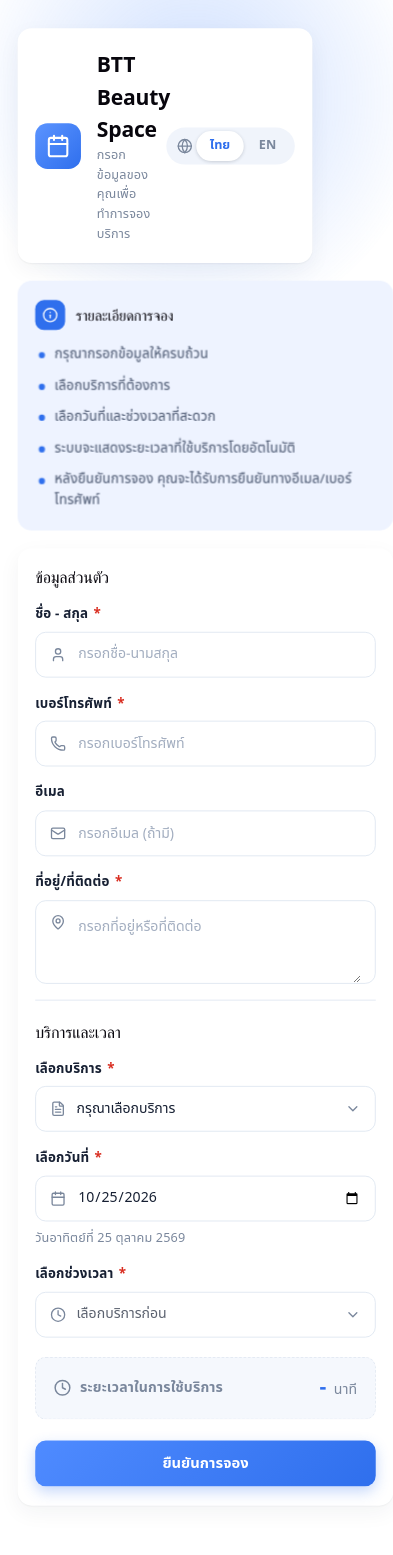
Repository: TeerasakJeefu/karu
Page: / (app in booking-web/)
The author's editor kept a copy of each file at every save. The page is drawn from the files as they stood at one save, then again after the next save.
The browser window is 375 px wide. The page is 447 px wide, then 433 px, so the pictures cover 447 px, including what lies to the right of the window. The pictures show the whole page, at 88% of full size.
The project was rebuilt for these pictures with package versions that can differ from the ones it lists, and the page was loaded fresh each time.

Above is the page before, as saved 2026-10-25 20:26:18.

### booking-web/index.html
<!doctype html>
<html lang="en">
  <head>
    <meta charset="UTF-8" />
    <link rel="icon" type="image/svg+xml" href="/favicon.svg" />
    <meta name="viewport" content="width=device-width, initial-scale=1.0" />
    <title>booking-web</title>
  </head>
  <body>
    <div id="app"></div>
    <script type="module" src="/src/main.js"></script>
  </body>
</html>

### booking-web/src/App.vue
<script setup>
import { reactive, computed, ref, watch } from 'vue'
import {
  Calendar, Clock, FileText, User, Phone, Mail, MapPin,
  ChevronDown, Check, Info, Globe,
} from 'lucide-vue-next'

/* ---------- mock data (เปลี่ยนเป็นเรียก API ภายหลัง) ---------- */
const groups = [
  { id: 'hair', name: { th: 'บริการผม', en: 'Hair Service' } },
  { id: 'nail', name: { th: 'บริการเล็บ', en: 'Nail Service' } },
  { id: 'beauty', name: { th: 'บริการความงาม', en: 'Beauty Service' } },
]
// duration = ระยะเวลาใช้บริการ (นาที), slots = ชุดช่วงเวลา (ดู slotSets ด้านล่าง)
const services = [
  { id: 'shampoo-dry', group: 'hair', duration: 90, slots: 'standard', name: { th: 'สระผม + ไดร์', en: 'Shampoo & Blow Dry' } },
  { id: 'hair-treatment', group: 'hair', duration: 90, slots: 'standard', name: { th: 'สระผม + ทรีทเมนต์ + นวดศีรษะ + ไดร์', en: 'Shampoo & Hair Treatment' } },
  { id: 'scalp-scrub', group: 'hair', duration: 90, slots: 'standard', name: { th: 'สระผม + สครับหนังศีรษะ + นวดศีรษะ + ไดร์', en: 'Scalp Scrub & Massage' } },
  { id: 'gel-polish', group: 'nail', duration: 90, slots: 'standard', name: { th: 'ทาสีเจล', en: 'Gel Polish' } },
  { id: 'nail-spa', group: 'nail', duration: 90, slots: 'standard', name: { th: 'สครับ + มาสก์ + นวด + ขัดเงา', en: 'Nail Spa & Shine' } },
  { id: 'pca', group: 'beauty', duration: 60, slots: 'pca', name: { th: 'วิเคราะห์สีส่วนบุคคล', en: 'Personal Color Analysis' } },
]

/* ---------- ภาษา / i18n (เพิ่มภาษาใหม่ได้โดยเพิ่ม key ใน messages) ---------- */
const messages = {
  th: {
    title: 'BTT Beauty Space', subtitle: 'กรอกข้อมูลของคุณเพื่อทำการจองบริการ',
    personal: 'ข้อมูลส่วนตัว', name: 'ชื่อ - สกุล', namePh: 'กรอกชื่อ-นามสกุล',
    phone: 'เบอร์โทรศัพท์', phonePh: 'กรอกเบอร์โทรศัพท์', email: 'อีเมล', emailPh: 'กรอกอีเมล (ถ้ามี)',
    address: 'ที่อยู่/ที่ติดต่อ', addressPh: 'กรอกที่อยู่หรือที่ติดต่อ', booking: 'บริการและเวลา',
    service: 'เลือกบริการ', servicePh: 'กรุณาเลือกบริการ', date: 'เลือกวันที่',
    slot: 'เลือกช่วงเวลา', slotPh: 'กรุณาเลือกช่วงเวลา', slotFirst: 'เลือกบริการก่อน',
    duration: 'ระยะเวลาในการใช้บริการ', min: 'นาที', submit: 'ยืนยันการจอง', saving: 'กำลังบันทึก...',
    doneTitle: 'จองบริการเรียบร้อยแล้ว', again: 'จองรายการใหม่', infoTitle: 'รายละเอียดการจอง',
    timeText: (a, b) => `เวลา ${a} - ${b} น.`,
    info: ['กรุณากรอกข้อมูลให้ครบถ้วน', 'เลือกบริการที่ต้องการ', 'เลือกวันที่และช่วงเวลาที่สะดวก',
      'ระบบจะแสดงระยะเวลาที่ใช้บริการโดยอัตโนมัติ', 'หลังยืนยันการจอง คุณจะได้รับการยืนยันทางอีเมล/เบอร์โทรศัพท์'],
    errName: 'กรุณากรอกชื่อ-สกุล', errPhone: 'กรุณากรอกเบอร์โทรศัพท์ให้ถูกต้อง', errEmail: 'รูปแบบอีเมลไม่ถูกต้อง',
    errAddress: 'กรุณากรอกที่อยู่หรือที่ติดต่อ', errService: 'กรุณาเลือกบริการ', errDate: 'กรุณาเลือกวันที่', errSlot: 'กรุณาเลือกช่วงเวลา',
  },
  en: {
    title: 'BTT Beauty Space', subtitle: 'Fill in your details to book a service',
    personal: 'Your details', name: 'Full name', namePh: 'Enter your full name',
    phone: 'Phone number', phonePh: 'Enter your phone number', email: 'Email', emailPh: 'Enter your email (optional)',
    address: 'Address / contact', addressPh: 'Enter your address or contact details', booking: 'Service and time',
    service: 'Service', servicePh: 'Select a service', date: 'Date',
    slot: 'Time', slotPh: 'Select a time', slotFirst: 'Select a service first',
    duration: 'Service duration', min: 'min', submit: 'Confirm booking', saving: 'Saving...',
    doneTitle: 'Booking confirmed', again: 'Book another', infoTitle: 'Booking info',
    timeText: (a, b) => `${a} - ${b}`,
    info: ['Fill in all required fields', 'Choose the service you want', 'Pick a date and a time that suits you',
      'The service duration is shown automatically', "After you confirm, you'll receive confirmation by email or phone"],
    errName: 'Please enter your full name', errPhone: 'Please enter a valid phone number', errEmail: 'Email format is not valid',
    errAddress: 'Please enter your address or contact details', errService: 'Please select a service', errDate: 'Please select a date', errSlot: 'Please select a time',
  },
}
const savedLang = (() => { try { return localStorage.getItem('lang') } catch { return null } })()
const lang = ref(savedLang in messages ? savedLang : 'th')
const t = (k) => messages[lang.value][k]
const locale = computed(() => (lang.value === 'th' ? 'th-TH' : 'en-GB'))
watch(lang, (l) => {
  document.documentElement.lang = l
  try { localStorage.setItem('lang', l) } catch { /* ignore */ }
}, { immediate: true })

// TODO: แทนที่ด้วย GET /api/slots?date=YYYY-MM-DD&service=... (ดึงเฉพาะช่วงที่ว่างจริง)
const slotSets = {
  standard: [['13:00', '14:30'], ['14:30', '16:00'], ['16:00', '17:30'], ['17:30', '19:00']], // Hair & Nail
  pca: [['13:00', '14:00'], ['14:00', '15:00'], ['15:00', '16:00'], ['17:00', '18:00'], ['18:00', '19:00']], // Personal Color Analysis
}
const fetchSlots = (iso, serviceId) => {
  const svc = services.find((x) => x.id === serviceId)
  return svc ? slotSets[svc.slots].map(([start, end]) => ({ id: start, start, end })) : []
}

/* ---------- helpers ---------- */
const pad = (n) => String(n).padStart(2, '0')
const toISO = (d) => `${d.getFullYear()}-${pad(d.getMonth() + 1)}-${pad(d.getDate())}`
const fromISO = (s) => { const [y, m, d] = s.split('-').map(Number); return new Date(y, m - 1, d) }
const todayISO = toISO(new Date())

/* ---------- state ---------- */
const form = reactive({ name: '', phone: '', email: '', address: '', serviceId: '', date: todayISO, slotId: '' })
const errors = reactive({})
const submitting = ref(false)
const done = ref(false)
const shaking = ref(false)

const slots = computed(() => fetchSlots(form.date, form.serviceId))
const selectedSlot = computed(() => slots.value.find((s) => s.id === form.slotId))
const duration = computed(() => services.find((x) => x.id === form.serviceId)?.duration ?? null)
const dateText = computed(() =>
  form.date
    ? fromISO(form.date).toLocaleDateString(locale.value, { weekday: 'long', day: 'numeric', month: 'long', year: 'numeric' })
    : ''
)
watch(() => [form.date, form.serviceId], () => { form.slotId = '' })

/* ---------- submit ---------- */
function validate() {
  Object.keys(errors).forEach((k) => delete errors[k])
  if (!form.name.trim()) errors.name = 'errName'
  if (!/^0\d{8,9}$/.test(form.phone.replace(/[-\s]/g, ''))) errors.phone = 'errPhone'
  if (form.email && !/^\S+@\S+\.\S+$/.test(form.email)) errors.email = 'errEmail'
  if (!form.address.trim()) errors.address = 'errAddress'
  if (!form.serviceId) errors.serviceId = 'errService'
  if (!form.date) errors.date = 'errDate'
  if (!form.slotId) errors.slotId = 'errSlot'
  return Object.keys(errors).length === 0
}
async function submit() {
  if (!validate()) {
    shaking.value = true
    setTimeout(() => (shaking.value = false), 450)
    return
  }
  submitting.value = true
  try {
    // TODO: await fetch('/api/bookings', { method: 'POST', headers: { 'Content-Type': 'application/json' }, body: JSON.stringify({ ...form, durationMin: duration.value }) })
    await new Promise((r) => setTimeout(r, 600))
    done.value = true
  } finally { submitting.value = false }
}
function reset() {
  Object.assign(form, { name: '', phone: '', email: '', address: '', serviceId: '', date: todayISO, slotId: '' })
  done.value = false
}
</script>

<template>
  <div class="page">
    <header class="card header">
      <span class="logo"><Calendar :size="28" /></span>
      <div class="grow">
        <h1>{{ t('title') }}</h1>
        <p class="muted">{{ t('subtitle') }}</p>
      </div>
      <div class="lang" role="group" aria-label="Language">
        <Globe :size="18" />
        <span class="seg">
          <span class="thumb" :class="{ en: lang === 'en' }" />
          <button type="button" :class="{ on: lang === 'th' }" :aria-pressed="lang === 'th'" @click="lang = 'th'">ไทย</button>
          <button type="button" :class="{ on: lang === 'en' }" :aria-pressed="lang === 'en'" @click="lang = 'en'">EN</button>
        </span>
      </div>
    </header>

    <main class="layout">
      <section class="card">
        <Transition name="swap" mode="out-in">
        <div v-if="done" class="success" role="status">
          <span class="tick"><Check :size="34" /></span>
          <h2>{{ t('doneTitle') }}</h2>
          <p class="muted">
            {{ services.find((s) => s.id === form.serviceId)?.name[lang] }}<br />
            {{ dateText }} · {{ t('timeText')(selectedSlot?.start, selectedSlot?.end) }}
          </p>
          <button class="btn inline" type="button" @click="reset">{{ t('again') }}</button>
        </div>

        <form v-else novalidate :class="{ shaking }" @submit.prevent="submit">
          <h2 class="section-title">{{ t('personal') }}</h2>
          <div class="row2">
            <label class="field">
              <span class="label">{{ t('name') }} <b>*</b></span>
              <span class="input" :class="{ bad: errors.name }">
                <User :size="18" /><input v-model="form.name" :placeholder="t('namePh')" autocomplete="name" />
              </span>
              <small v-if="errors.name" class="err">{{ t(errors.name) }}</small>
            </label>
            <label class="field">
              <span class="label">{{ t('phone') }} <b>*</b></span>
              <span class="input" :class="{ bad: errors.phone }">
                <Phone :size="18" /><input v-model="form.phone" inputmode="tel" :placeholder="t('phonePh')" autocomplete="tel" />
              </span>
              <small v-if="errors.phone" class="err">{{ t(errors.phone) }}</small>
            </label>
          </div>

          <label class="field">
            <span class="label">{{ t('email') }}</span>
            <span class="input" :class="{ bad: errors.email }">
              <Mail :size="18" /><input v-model="form.email" type="email" :placeholder="t('emailPh')" autocomplete="email" />
            </span>
            <small v-if="errors.email" class="err">{{ t(errors.email) }}</small>
          </label>

          <label class="field">
            <span class="label">{{ t('address') }} <b>*</b></span>
            <span class="input area" :class="{ bad: errors.address }">
              <MapPin :size="18" /><textarea v-model="form.address" rows="3" :placeholder="t('addressPh')" />
            </span>
            <small v-if="errors.address" class="err">{{ t(errors.address) }}</small>
          </label>

          <h2 class="section-title gap">{{ t('booking') }}</h2>
          <label class="field">
            <span class="label">{{ t('service') }} <b>*</b></span>
            <span class="input select" :class="{ bad: errors.serviceId }">
              <FileText :size="18" />
              <select v-model="form.serviceId">
                <option value="" disabled>{{ t('servicePh') }}</option>
                <optgroup v-for="g in groups" :key="g.id" :label="g.name[lang]">
                  <option v-for="s in services.filter((x) => x.group === g.id)" :key="s.id" :value="s.id">{{ s.name[lang] }}</option>
                </optgroup>
              </select>
              <ChevronDown :size="18" />
            </span>
            <small v-if="errors.serviceId" class="err">{{ t(errors.serviceId) }}</small>
          </label>

          <div class="row2">
            <label class="field">
              <span class="label">{{ t('date') }} <b>*</b></span>
              <span class="input" :class="{ bad: errors.date }">
                <Calendar :size="18" /><input v-model="form.date" type="date" :min="todayISO" :lang="lang" />
              </span>
              <small v-if="errors.date" class="err">{{ t(errors.date) }}</small>
              <small v-else class="hint">{{ dateText }}</small>
            </label>
            <label class="field">
              <span class="label">{{ t('slot') }} <b>*</b></span>
              <span class="input select" :class="{ bad: errors.slotId }">
                <Clock :size="18" />
                <select v-model="form.slotId" :disabled="!form.serviceId">
                  <option value="" disabled>{{ form.serviceId ? t('slotPh') : t('slotFirst') }}</option>
                  <option v-for="s in slots" :key="s.id" :value="s.id">{{ s.start }} - {{ s.end }}</option>
                </select>
                <ChevronDown :size="18" />
              </span>
              <small v-if="errors.slotId" class="err">{{ t(errors.slotId) }}</small>
            </label>
          </div>

          <div class="duration" :class="{ on: duration }" aria-live="polite">
            <span class="d-label"><Clock :size="20" /> {{ t('duration') }}</span>
            <span class="d-value"><strong :key="duration">{{ duration ?? '-' }}</strong> {{ t('min') }}</span>
          </div>

          <button class="btn" type="submit" :disabled="submitting">
            <span v-if="submitting" class="spin" aria-hidden="true" />
            {{ submitting ? t('saving') : t('submit') }}
          </button>
        </form>
        </Transition>
      </section>

      <aside class="card info">
        <h2 class="side-title"><span class="tile"><Info :size="18" /></span> {{ t('infoTitle') }}</h2>
        <ul>
          <li v-for="(line, i) in t('info')" :key="line" :style="{ '--i': i }">{{ line }}</li>
        </ul>
      </aside>
    </main>
  </div>
</template>

<style>
/* รีเซ็ตสไตล์เริ่มต้นของ Vite ที่ทำให้ข้อความอยู่กลางจอ */
html {
  overscroll-behavior: none;
  background-color: #f5f8fd;
  background-image: radial-gradient(900px 400px at 85% -10%, #dfe9ff 0%, transparent 70%);
  background-repeat: no-repeat;
  background-attachment: fixed;
}
body { margin: 0; padding: 0; display: block; min-width: 320px; }
#app { width: 100%; max-width: none; margin: 0; padding: 0; border: 0; text-align: left; display: block; min-height: 0; }
</style>

<style scoped>
.page {
  --blue: #2f6fed; --blue-dark: #1f56c4; --blue-soft: #eef3ff; --ink: #172033; --muted: #7a879c;
  --line: #dfe6f1; --danger: #d92d20;
  min-height: 100vh; padding: 32px 20px 56px; color: var(--ink); text-align: left;
  font-family: 'Noto Sans Thai', 'Sarabun', system-ui, sans-serif; line-height: 1.55;
}
.header, .layout { max-width: 1080px; margin-inline: auto; }
.card { background: #fff; border-radius: 16px; padding: 28px 32px; box-shadow: 0 1px 2px rgba(23, 32, 51, .05), 0 8px 24px rgba(23, 32, 51, .05); }
.muted, .hint { margin: 0; color: var(--muted); font-size: .9rem; }

.header { display: flex; align-items: center; gap: 18px; margin-bottom: 20px; padding-block: 22px; }
.header h1 { margin: 0; font-size: 1.5rem; font-weight: 700; letter-spacing: -.01em; }
.grow { flex: 1; min-width: 0; }
.lang { display: flex; align-items: center; gap: 4px; padding: 4px 4px 4px 12px; border-radius: 999px; background: #f0f4fb; color: var(--muted); }
.lang button { min-height: 34px; padding: 0 14px; border: 0; border-radius: 999px; background: transparent; color: var(--muted); font: inherit; font-weight: 600; font-size: .9rem; cursor: pointer; }
.lang button.on { background: #fff; color: var(--blue); box-shadow: 0 1px 3px rgba(23, 32, 51, .15); }
.lang button:focus-visible { outline: 3px solid rgba(47, 111, 237, .45); }
.logo { display: grid; place-items: center; width: 52px; height: 52px; border-radius: 14px; color: #fff; background: linear-gradient(135deg, #5b94ff, var(--blue)); }

.layout { display: grid; grid-template-columns: minmax(0, 1fr) 320px; gap: 20px; align-items: start; }
.info { position: sticky; top: 24px; background: var(--blue-soft); box-shadow: none; }

.section-title { margin: 0 0 20px; font-size: 1.15rem; font-weight: 700; }
.section-title.gap { margin-top: 12px; padding-top: 24px; border-top: 1px solid var(--line); }
.row2 { display: grid; grid-template-columns: 1fr 1fr; gap: 0 20px; }
.field { display: grid; gap: 8px; margin-bottom: 18px; align-content: start; }
.label { font-weight: 600; font-size: .95rem; }
.label b { color: var(--danger); margin-left: 2px; }

.input {
  display: flex; align-items: center; gap: 12px; padding: 0 16px; min-height: 50px;
  border: 1px solid var(--line); border-radius: 12px; background: #fff; color: var(--muted);
  transition: border-color .15s, box-shadow .15s;
}
.input:hover { border-color: #c3cfe3; }
.input:focus-within { border-color: var(--blue); box-shadow: 0 0 0 4px rgba(47, 111, 237, .15); color: var(--blue); }
.input.bad { border-color: var(--danger); }
.input.area { align-items: flex-start; padding-top: 15px; }
.input input, .input select, .input textarea {
  flex: 1; min-width: 0; border: 0; outline: 0; background: transparent; font: inherit; color: var(--ink);
}
.input input[type='date'] { color-scheme: light; cursor: pointer; }
.input textarea { resize: vertical; min-height: 64px; }
.input select { appearance: none; cursor: pointer; min-height: 48px; text-overflow: ellipsis; }
.input select:disabled { cursor: not-allowed; }
.input input::placeholder, .input textarea::placeholder { color: #a3aec0; }
.err { color: var(--danger); font-size: .85rem; }

.duration {
  display: flex; justify-content: space-between; align-items: center; margin: 4px 0 24px;
  padding: 16px 20px; border-radius: 12px; background: #f5f8fd; border: 1px dashed var(--line); color: var(--muted);
}
.duration.on { background: var(--blue-soft); border: 1px solid #c9d9ff; color: var(--ink); }
.d-label { display: flex; align-items: center; gap: 10px; font-weight: 600; }
.d-value strong { font-size: 1.5rem; color: var(--blue); margin-right: 4px; }

.btn {
  width: 100%; min-height: 52px; border: 0; border-radius: 12px; cursor: pointer; color: #fff;
  font-family: inherit; font-size: 1.05rem; font-weight: 600; background: var(--blue);
  box-shadow: 0 6px 16px rgba(47, 111, 237, .28); transition: background .15s, transform .1s;
}
.btn:hover:not(:disabled) { background: var(--blue-dark); }
.btn:active:not(:disabled) { transform: translateY(1px); }
.btn:disabled { opacity: .65; cursor: wait; }
.btn.inline { width: auto; padding: 0 32px; margin-top: 12px; }
.btn:focus-visible { outline: 3px solid rgba(47, 111, 237, .45); outline-offset: 3px; }

.side-title { display: flex; align-items: center; gap: 12px; margin: 0 0 16px; font-size: 1.05rem; font-weight: 700; }
.tile { display: grid; place-items: center; width: 34px; height: 34px; border-radius: 10px; background: var(--blue); color: #fff; }
.info ul { margin: 0; padding: 0; list-style: none; display: grid; gap: 12px; color: #43506a; font-size: .95rem; }
.info li { position: relative; padding-left: 22px; }
.info li::before { content: ''; position: absolute; left: 4px; top: .6em; width: 7px; height: 7px; border-radius: 50%; background: var(--blue); }

.success { display: grid; justify-items: center; gap: 10px; padding: 56px 0; text-align: center; }
.success h2 { margin: 8px 0 0; }
.tick { display: grid; place-items: center; width: 68px; height: 68px; border-radius: 50%; background: var(--blue-soft); color: var(--blue); }

/* ---------- effects ---------- */
@keyframes rise { from { opacity: 0; transform: translateY(18px); } to { opacity: 1; transform: none; } }
@keyframes drift { from { transform: translate(0, 0) scale(1); } to { transform: translate(-70px, 60px) scale(1.18); } }
@keyframes shake { 20%, 60% { transform: translateX(-5px); } 40%, 80% { transform: translateX(5px); } }
@keyframes errIn { from { opacity: 0; transform: translateY(-4px); } to { opacity: 1; transform: none; } }
@keyframes pop { 0% { transform: scale(.4); opacity: 0; } 60% { transform: scale(1.12); } 100% { transform: scale(1); opacity: 1; } }
@keyframes ring { from { transform: scale(1); opacity: .6; } to { transform: scale(1.9); opacity: 0; } }
@keyframes spin { to { transform: rotate(360deg); } }

.page { position: relative; isolation: isolate; }
.page::before {
  content: ''; position: fixed; z-index: -1; top: -180px; right: -140px; width: 560px; height: 560px;
  border-radius: 50%; pointer-events: none; background: radial-gradient(circle, rgba(91, 148, 255, .3), transparent 65%);
  animation: drift 16s ease-in-out infinite alternate;
}
.header { animation: rise .6s cubic-bezier(.2, .7, .2, 1) both; }
.layout > section { animation: rise .6s .12s cubic-bezier(.2, .7, .2, 1) both; }
.layout > aside { animation: rise .6s .24s cubic-bezier(.2, .7, .2, 1) both; }
.info li { animation: rise .5s calc(.45s + var(--i) * .08s) cubic-bezier(.2, .7, .2, 1) both; }
.logo { transition: transform .35s cubic-bezier(.3, 1.4, .5, 1); }
.header:hover .logo { transform: rotate(-6deg) scale(1.06); }

.seg { position: relative; display: flex; }
.thumb {
  position: absolute; inset: 0 auto 0 0; width: 54px; border-radius: 999px; background: #fff;
  box-shadow: 0 1px 4px rgba(23, 32, 51, .18); transition: transform .35s cubic-bezier(.3, 1.3, .5, 1);
}
.thumb.en { transform: translateX(100%); }
.lang button { position: relative; z-index: 1; width: 54px; padding: 0; transition: color .25s; }
.lang button.on { background: transparent; box-shadow: none; }

.field .label { transition: color .2s; }
.field:focus-within .label { color: var(--blue); }
.input { transition: border-color .2s, box-shadow .2s, transform .2s; }
.input:focus-within { transform: translateY(-1px); }
.shaking .input.bad { animation: shake .4s; }
.err { animation: errIn .25s ease-out; }
.duration { transition: background .3s, border-color .3s, color .3s; }
.d-value strong { display: inline-block; animation: pop .35s ease-out; }

.btn { position: relative; overflow: hidden; display: inline-flex; align-items: center; justify-content: center; gap: 10px; background: linear-gradient(135deg, #4f8bff, var(--blue)); }
.btn::after {
  content: ''; position: absolute; inset: 0; transform: translateX(-120%); transition: transform .7s;
  background: linear-gradient(110deg, transparent 30%, rgba(255, 255, 255, .35) 50%, transparent 70%);
}
.btn:hover:not(:disabled) { background: linear-gradient(135deg, #3f7bf5, var(--blue-dark)); transform: translateY(-1px); box-shadow: 0 10px 22px rgba(47, 111, 237, .35); }
.btn:hover:not(:disabled)::after { transform: translateX(120%); }
.btn:active:not(:disabled) { transform: translateY(1px); }
.spin { width: 18px; height: 18px; border: 2.5px solid rgba(255, 255, 255, .4); border-top-color: #fff; border-radius: 50%; animation: spin .7s linear infinite; }

.swap-enter-active, .swap-leave-active { transition: opacity .25s, transform .25s; }
.swap-enter-from { opacity: 0; transform: translateY(14px); }
.swap-leave-to { opacity: 0; transform: translateY(-10px); }
.success > * { animation: rise .45s both; }
.success > :nth-child(2) { animation-delay: .25s; }
.success > :nth-child(3) { animation-delay: .32s; }
.success > :nth-child(4) { animation-delay: .4s; }
.tick { position: relative; animation: pop .5s .1s cubic-bezier(.3, 1.4, .5, 1) both; }
.tick::after { content: ''; position: absolute; inset: 0; border-radius: 50%; border: 2px solid var(--blue); animation: ring .9s .45s ease-out both; }

@media (prefers-reduced-motion: reduce) {
  .page, .page *, .page *::before, .page *::after { animation: none !important; transition-duration: .01ms !important; }
}

@media (max-width: 860px) {
  .layout { grid-template-columns: 1fr; }
  .info { position: static; order: -1; }
  .row2 { grid-template-columns: 1fr; }
  .card { padding: 22px 20px; }
}
</style>

Loaded but not shown: booking-web/src/main.js (common file); booking-web/src/style.css (296 lines, source omitted)

After the next save:
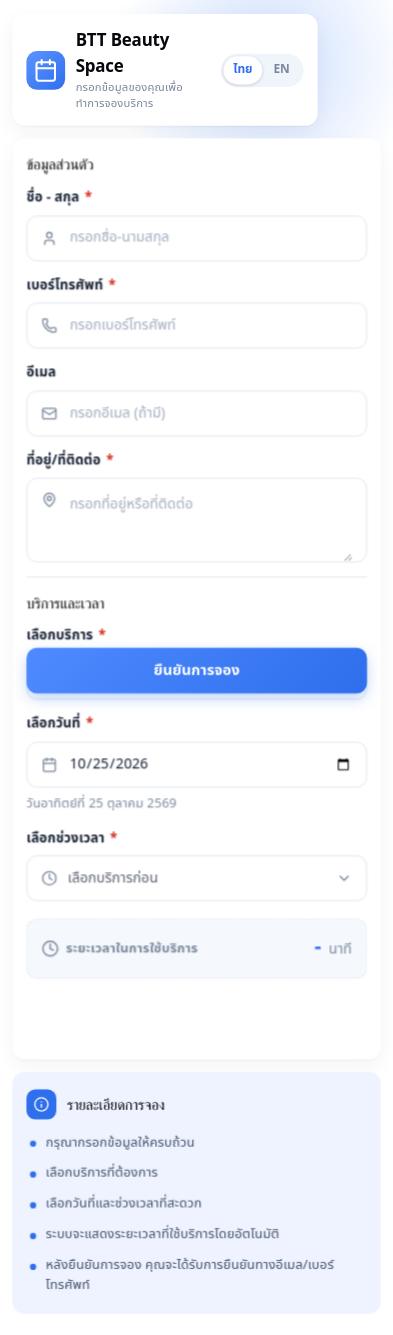
Saved 2 min 0 s later.
--- a/booking-web/src/App.vue
+++ b/booking-web/src/App.vue
@@ -410,10 +410,42 @@
   .page, .page *, .page *::before, .page *::after { animation: none !important; transition-duration: .01ms !important; }
 }
 
+/* ---------- มือถือ / mobile ---------- */
+.input input[type='date'] { appearance: none; -webkit-appearance: none; min-height: 48px; text-align: left; }
+.input select, .input input, .input textarea { font-size: 16px; } /* กัน iOS ซูมเองตอนแตะช่องกรอก */
+.page button { -webkit-tap-highlight-color: transparent; }
+
 @media (max-width: 860px) {
   .layout { grid-template-columns: 1fr; }
-  .info { position: static; order: -1; }
+  .info { position: static; }
+  .card { padding: 24px 22px; }
+}
+
+@media (max-width: 560px) {
+  .page {
+    min-height: 100dvh;
+    padding: max(16px, env(safe-area-inset-top)) max(14px, env(safe-area-inset-right)) calc(24px + env(safe-area-inset-bottom)) max(14px, env(safe-area-inset-left));
+  }
+  .page::before { width: 360px; height: 360px; top: -120px; right: -120px; }
+  .card { padding: 20px 16px; border-radius: 14px; }
+  .header, .layout { gap: 14px; }
+  .header { margin-bottom: 14px; padding: 14px 16px; gap: 12px; }
+  .header h1 { font-size: 1.2rem; }
+  .header .muted { font-size: .8rem; }
+  .logo { width: 44px; height: 44px; border-radius: 12px; }
+  .lang { padding: 3px; }
+  .lang > svg { display: none; }
+  .thumb, .lang button { width: 44px; }
+  .lang button { min-height: 32px; font-size: .85rem; }
   .row2 { grid-template-columns: 1fr; }
-  .card { padding: 22px 20px; }
+  .section-title { font-size: 1.05rem; margin-bottom: 16px; }
+  .section-title.gap { margin-top: 4px; padding-top: 20px; }
+  .field { margin-bottom: 16px; }
+  .duration { padding: 14px 16px; gap: 12px; margin-bottom: 20px; }
+  .d-label { font-size: .92rem; gap: 8px; }
+  .d-value { white-space: nowrap; }
+  .btn[type='submit'] { position: sticky; bottom: calc(12px + env(safe-area-inset-bottom)); z-index: 5; }
+  .success { padding: 36px 0; }
+  .info ul { font-size: .92rem; }
 }
 </style>
